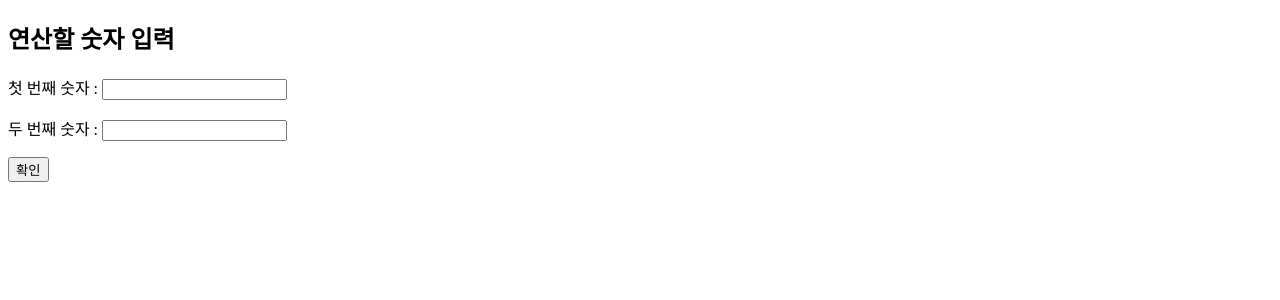
Repository: SongHyeSun/JSP
Page: jspSrc17/och05/src/main/webapp/num2.html
An editor plug-in stored every save of this project. The page is shown before and after the next save, followed by the edit.
The browser window is 1280 px wide. The pictures show the whole page.

Above is the page before, as saved 2024-07-11 05:46:05.
Console error: ReferenceError: frm is not defined

### jspSrc17/och05/src/main/webapp/num2.html
<!DOCTYPE html>
<html>
<head>
<meta charset="UTF-8">
<title>Insert title here</title>
<script type="text/javascript">
	function init() {
		frm.num1.value = "3";
		frm.num2.value = "";
		frm.num1.focus();
	}
</script>
</head>
<body onload="init()">
	<h2>연산할 숫자 입력</h2>
	<form action="cal1.jsp">
	첫 번째 숫자 : <input type="text" name="num1"><p>
	두 번째 숫자 : <input type="text" name="num2"><p>
	<input type="submit" value="확인">
	</form>
</body>
</html>

After the next save:
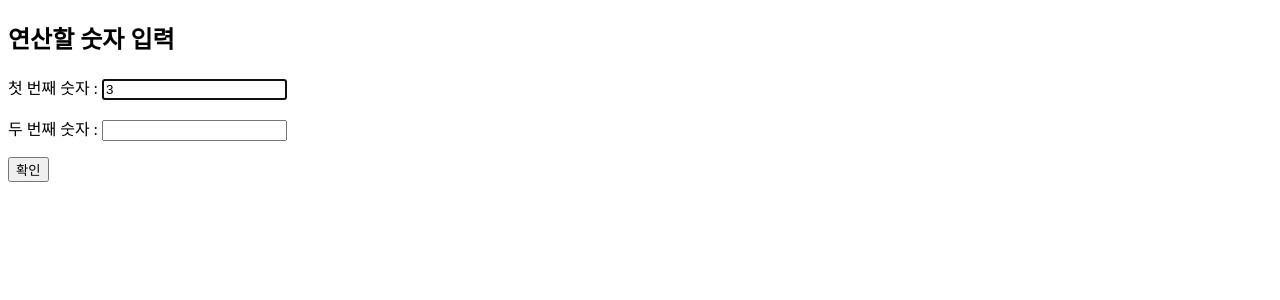
The error is gone.
Saved 34 s later.
--- a/jspSrc17/och05/src/main/webapp/num2.html
+++ b/jspSrc17/och05/src/main/webapp/num2.html
@@ -13,7 +13,7 @@
 </head>
 <body onload="init()">
 	<h2>연산할 숫자 입력</h2>
-	<form action="cal1.jsp">
+	<form action="cal1.jsp" name="frm">
 	첫 번째 숫자 : <input type="text" name="num1"><p>
 	두 번째 숫자 : <input type="text" name="num2"><p>
 	<input type="submit" value="확인">
